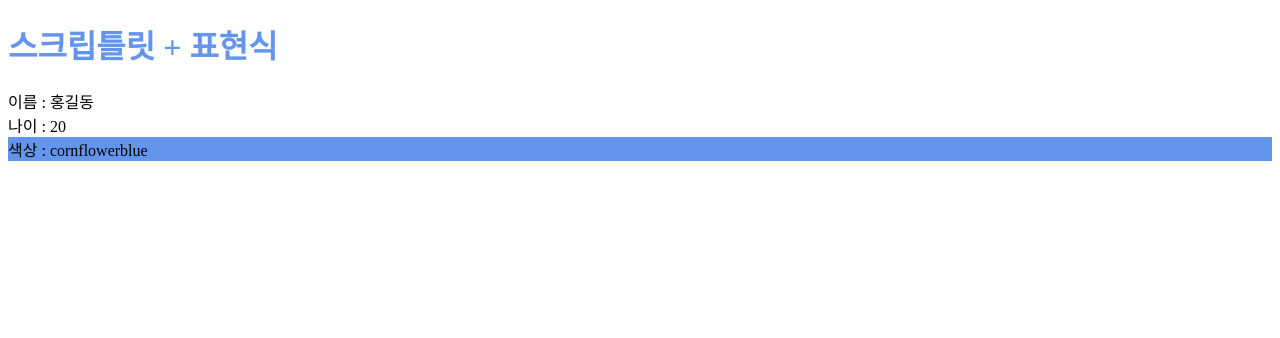
Repository: camicomi/Study_Server
Page: http://localhost/JSPTest/ex06_script.jsp
These files come from the project's save history. The page is drawn as it stood at one moment and after the next save; the edit follows.
The browser window is 1280 px wide. The pictures show the whole page.
The page is served by Tomcat 9.

Above is the page before, as saved 2024-04-01 06:47:33.

After the next save:
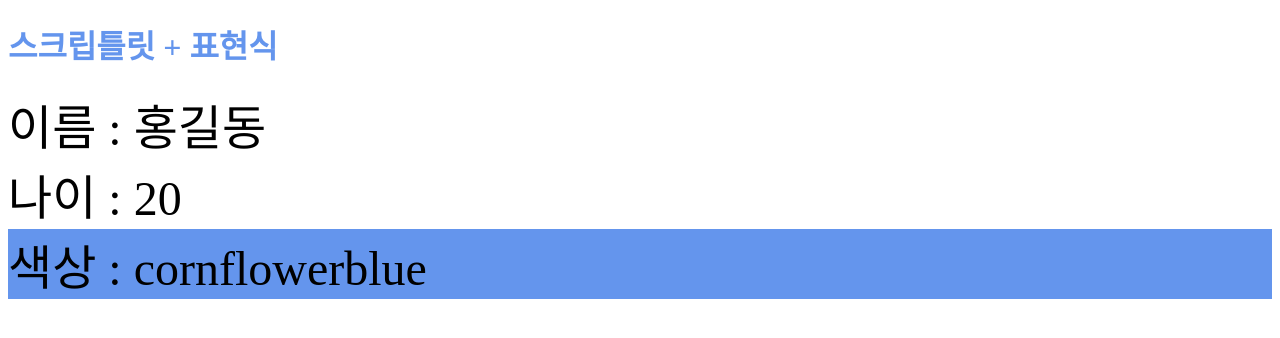
Saved 29 s later.
--- a/JSPTest/src/main/webapp/ex06_script.jsp
+++ b/JSPTest/src/main/webapp/ex06_script.jsp
@@ -27,6 +27,12 @@
 	color : <%= color %>;
 	}
 
+	div {
+
+		<%= css %>
+
+	}
+
 </style>
 </head>
 <body>
